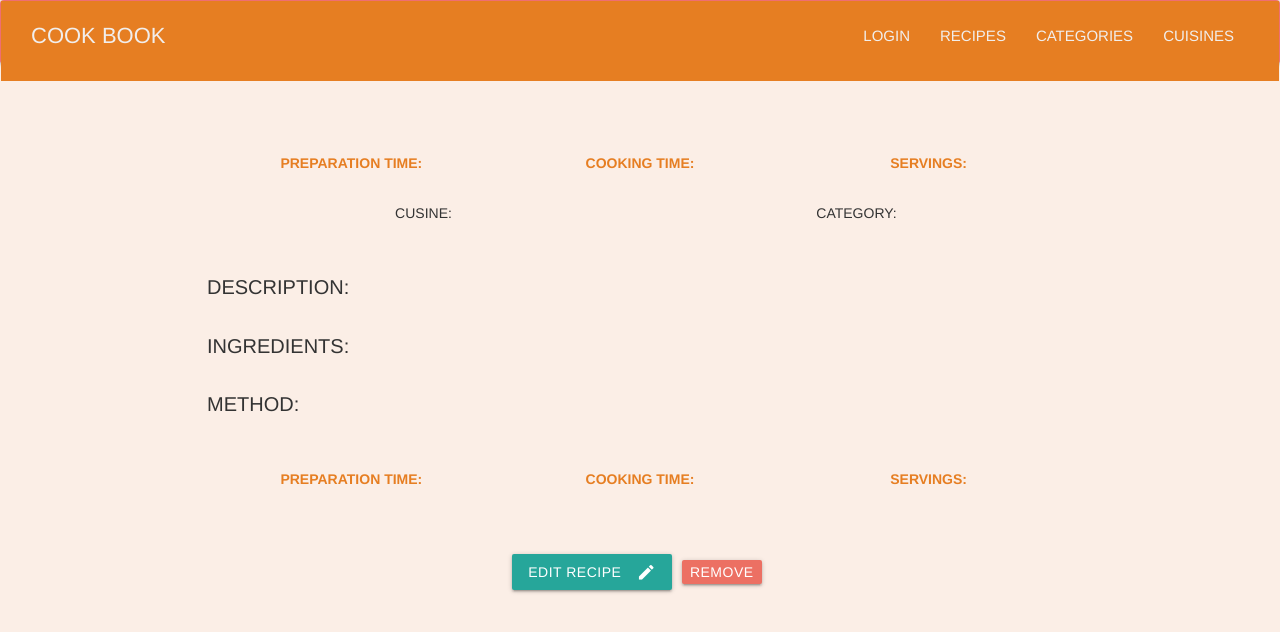
Repository: atena123/COOK-BOOK
Page: templates/viewrecipe.html
The author's editor kept a record of every edit. The page is drawn from the files as they stood at one moment, then again after the next edit.
The browser window is 1280 px wide. The pictures show the whole page.
Some web libraries are served in a nearby version. The page is served by the project's application, run on Flask 3 (app.py). The template is opened directly, without the code that normally fills it, so the values that code supplies are empty.

Above is the page before.

After the next edit:
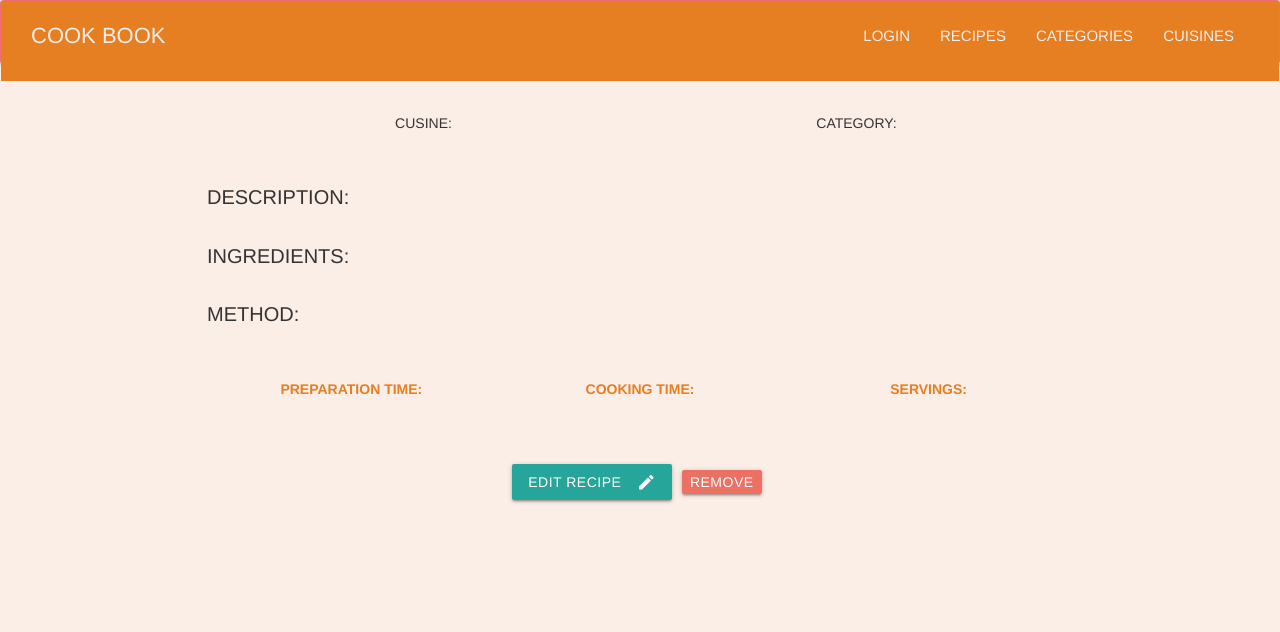
The edit:
--- a/templates/viewrecipe.html
+++ b/templates/viewrecipe.html
@@ -4,18 +4,6 @@
 
 
     <h3>{{recipe.recipe_name}}</h3>
-
-    <div class="row small-headings">
-        <div class="col s4 heading">
-        <p>PREPARATION TIME: {{recipe.preparation_time}}</p>
-        </div>
-        <div class="col s4 heading">
-        <p>COOKING TIME: {{recipe.cooking_time}}</p>
-        </div>
-        <div class="col s4 heading">
-        <p>SERVINGS: {{recipe.recipe_servings}}</p>
-        </div>
-    </div>
 
 
     <div class="row">
